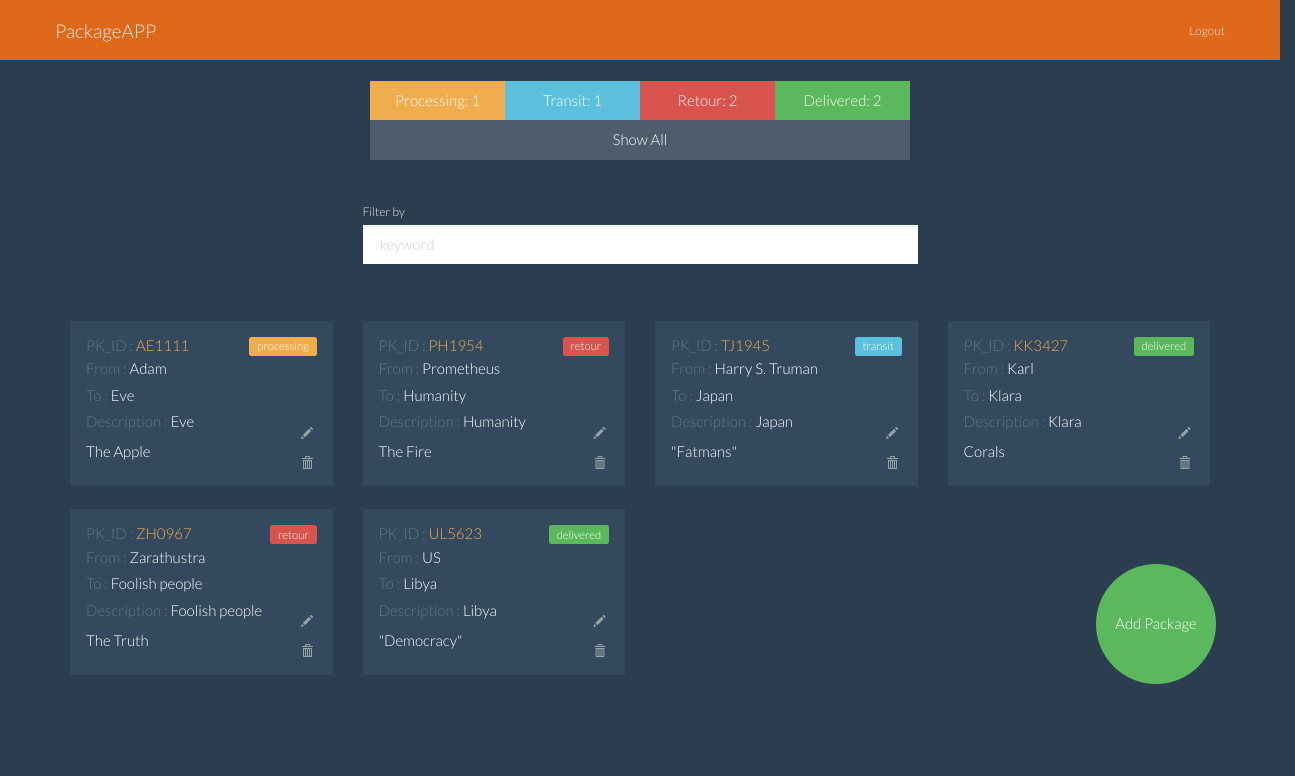
Repository: andreasmihm/aizat
Page: index.html
The author's editor kept a record of every edit. The page is drawn from the files as they stood at one moment, then again after the next edit.
The browser window is 1280 px wide. The page is 1295 px wide, so the pictures cover 1295 px, including what lies to the right of the window. The pictures show the whole page.

Above is the page before.

After the next edit:
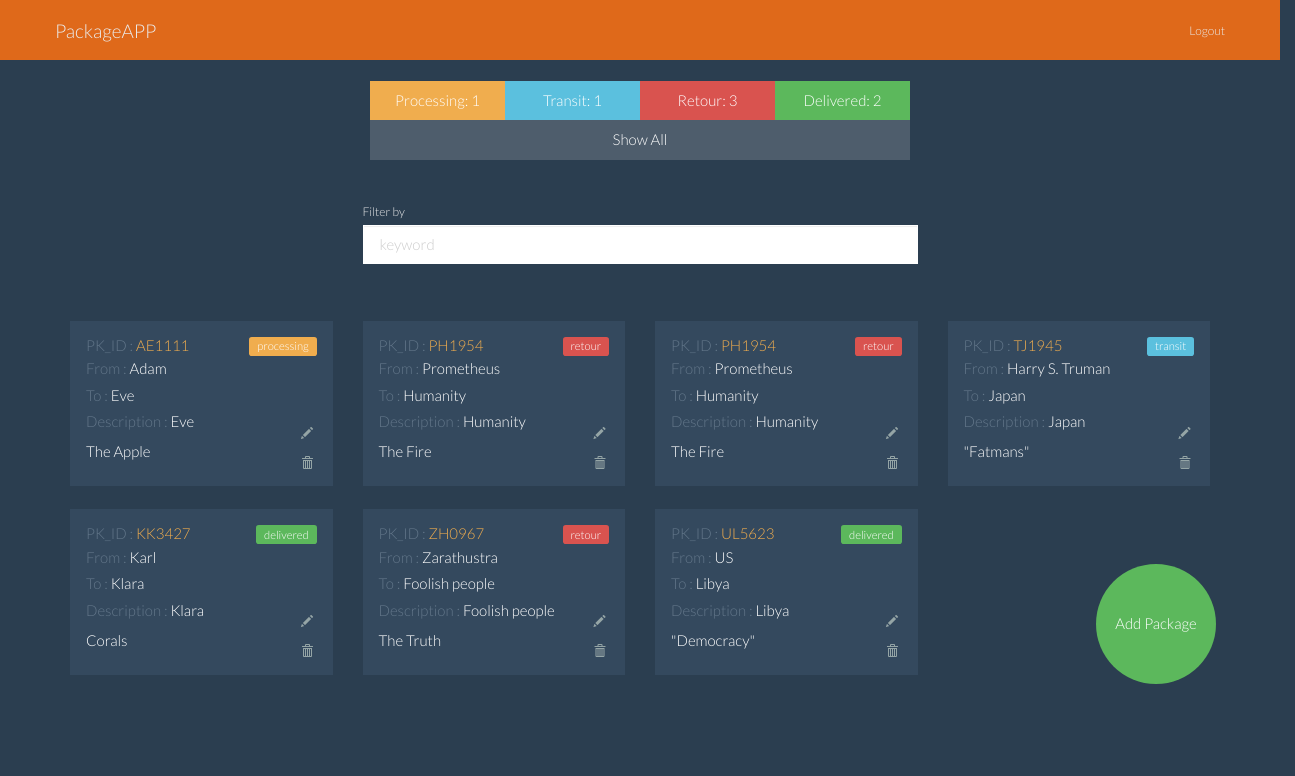
The edit:
--- a/app/js/services/packageService.js
+++ b/app/js/services/packageService.js
@@ -6,6 +6,12 @@ angular.module('PackageApp').factory('packageService', function() {
         rec: "Eve",
         desc: "The Apple",
         status: "processing"
+    }, {
+        id: "PH1954",
+        sen: "Prometheus",
+        rec: "Humanity",
+        desc: "The Fire",
+        status: "retour"
     }, {
         id: "PH1954",
         sen: "Prometheus",
